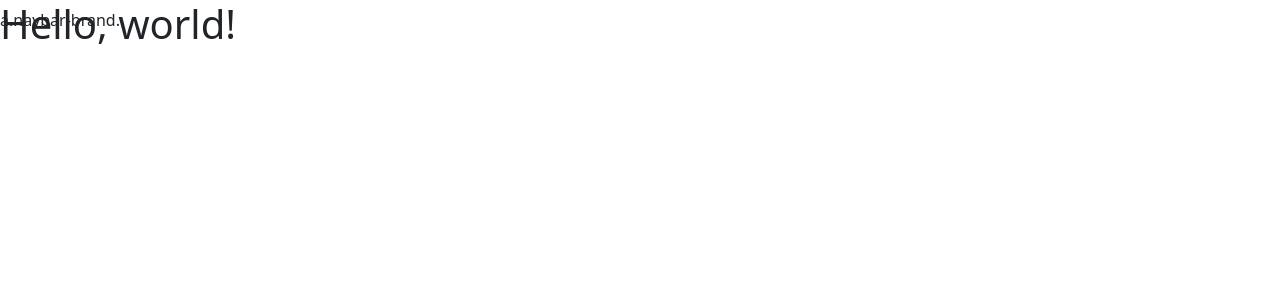
Repository: doncsar/couse-jobfinder-app
Page: templates/index.html
An editor plug-in stored every save of this project. The page is shown before and after a run of saves, followed by the edit.
The browser window is 1280 px wide. The pictures show the whole page.

Above is the page before, as saved 2023-12-17 10:44:33.

After the next 3 saves:
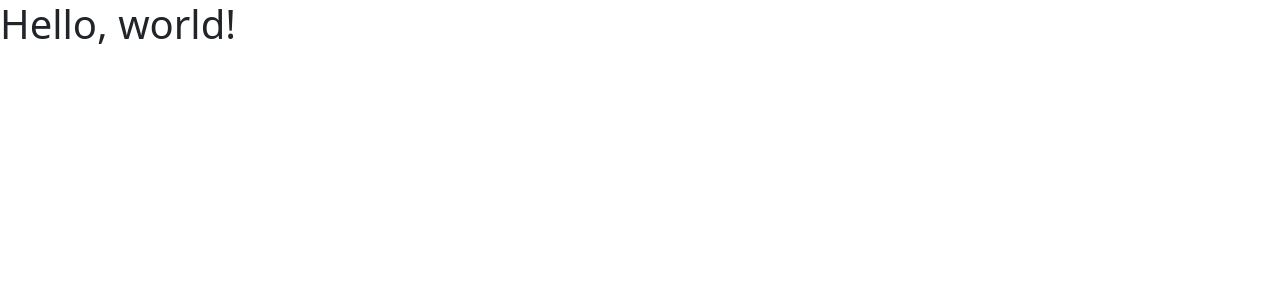
The 3 saves are shown as one change because they came seconds apart.
The last was saved 9 s later.
--- a/templates/index.html
+++ b/templates/index.html
@@ -10,7 +10,7 @@
   <body>
      <header>
        <nav class="navbar fixed-top navbar-expand-lg" navbar-light bg-light>
-        a.navbar-brand.
+        <a href="" class="navbar-brand"></a>
        </nav>
      </header>
     <h1>Hello, world!</h1>
